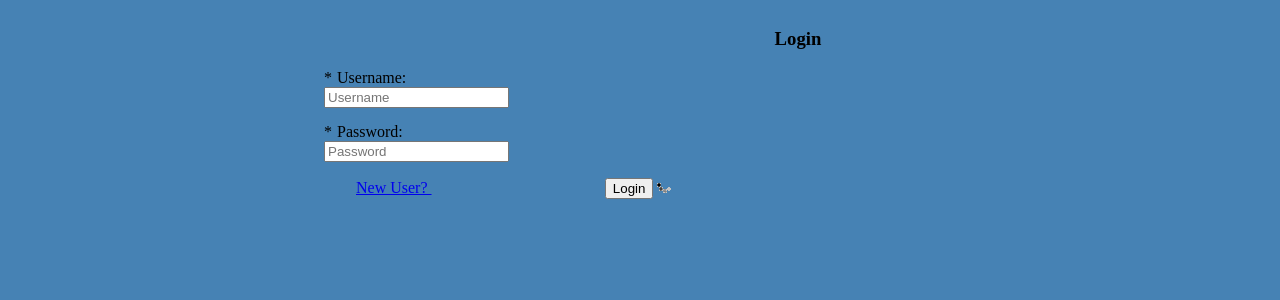
Repository: SUPRIGA/SecondProject
Page: CollaborationFrontEnd/src/main/webapp/user/login.html
These files come from the project's save history. The page is drawn as it stood at one moment and after the next save; the edit follows.
The browser window is 1280 px wide. The pictures show the whole page.

Above is the page before, as saved 2017-01-12 05:18:47.

### CollaborationFrontEnd/src/main/webapp/user/login.html

     <!-- <form ng-submit="vm.login()" method="post" style="margin-left: 25%;" name="myForm">
     <h2 style="margin-bottom: 0em;">Login Here</h2>
     <section class="content bgcolor-1" style="margin-top: -3em;">
					<span class="input input--nao" style="margin-top: 0em;">
					<input class="input__field input__field--nao" type="text" id="userName" name="userName" ng-model="vm.userName" />
					<label class="input__label input__label--nao" for="userName">
						<span class="input__label-content input__label-content--nao">Username</span>
					</label>
					<svg class="graphic graphic--nao" width="300%" height="100%" viewBox="0 0 1200 60" preserveAspectRatio="none">
						<path d="M0,56.5c0,0,298.666,0,399.333,0C448.336,56.5,513.994,46,597,46c77.327,0,135,10.5,200.999,10.5c95.996,0,402.001,0,402.001,0"/>
					</svg>
				</span><br>

     			<span class="input input--nao" style="margin-top: 0em;">
					<input class="input__field input__field--nao" type="password" id="passWord" name="passWord" ng-model="vm.passWord" />
					<label class="input__label input__label--nao" for="passWord">
						<span class="input__label-content input__label-content--nao">Password</span>
					</label>
					<svg class="graphic graphic--nao" width="300%" height="100%" viewBox="0 0 1200 60" preserveAspectRatio="none">
						<path d="M0,56.5c0,0,298.666,0,399.333,0C448.336,56.5,513.994,46,597,46c77.327,0,135,10.5,200.999,10.5c95.996,0,402.001,0,402.001,0"/>
					</svg>
				</span><br>
				{{message}}
				<div class="row">
				<span class="input input--nao" style="margin-top: -1em; margin-left: 2em;">
				<a href="#register"> New User? </a>
				<input type="submit" name="submit" value="Login" class="btn btn-success" style="margin-left: 13em;" ng-disabled="myForm.$invalid">
				  <img ng-if="vm.dataLoading" src="data:[embedded picture, 922 characters]" />
				</span>

				</div>
     		</section>
     </form> -->

  <style type="text/css">
.form-group {
    margin-bottom: 15px;
}
.col-xs-12 {
    width: 50%;
}

body {
	padding-top: 20px;
}

body {
    background-color: steelblue;
}

</style>

		<form ng-submit="vm.login()" method="post" style="margin-left: 25%;" name="myForm">

					<div class="panel-heading">
						<center><h3 class="panel-title">Login</h3></center>
					</div>
					<div class="panel-body">
						 <form accept-charset="UTF-8" role="form" action="loginpage" method="post">

						 <div class="row">
                        <div class="form-group col-xs-12">
                    <label for="user_name"><span class="text-danger" style="margin-right:5px;">*</span>Username:</label>
                        <div class="input-group">
                            <input class="form-control"type="text" id="userName" name="userName" ng-model="vm.userName" placeholder="Username" required/>
                            <span class="input-group-btn">
                                <label class="btn btn-primary"><span class="glyphicon glyphicon-user" aria-hidden="true"></label>
                            </span>
                            </span>
                        </div>
                    </div>
                </div>

                <!-- Content Field -->
                <div class="row">
                    <div class="form-group col-xs-12">
                        <label for="password"><span class="text-danger" style="margin-right:5px;">*</span>Password:</label>
                        <div class="input-group">
                            <input class="form-control"  type="password" id="passWord" name="passWord" ng-model="vm.passWord" placeholder="Password" required/>
                            <span class="input-group-btn">
                                <label class="btn btn-primary"><span class="glyphicon glyphicon-lock" aria-hidden="true"></label>
                            </span>

                        </div>
                    </div>
                </div>
                <div class="row">
				<span class="input input--nao" style="margin-top: -1em; margin-left: 2em;">
				<a href="#register"> New User? </a>
				<input type="submit" name="submit" value="Login" class="btn btn-success" style="margin-left: 13em;" ng-disabled="myForm.$invalid">
				  <img ng-if="vm.dataLoading" src="data:[embedded picture, 922 characters]" />
				</span>

				</div>
					</div>

			</form>


     <!-- /container -->
		<script src="js/classie.js"></script>
		<script>
			(function() {
				// trim polyfill : https://developer.mozilla.org/en-US/docs/Web/JavaScript/Reference/Global_Objects/String/Trim
				if (!String.prototype.trim) {
					(function() {
						// Make sure we trim BOM and NBSP
						var rtrim = /^[\s\uFEFF\xA0]+|[\s\uFEFF\xA0]+$/g;
						String.prototype.trim = function() {
							return this.replace(rtrim, '');
						};
					})();
				}

				[].slice.call( document.querySelectorAll( 'input.input__field' ) ).forEach( function( inputEl ) {
					// in case the input is already filled..
					if( inputEl.value.trim() !== '' ) {
						classie.add( inputEl.parentNode, 'input--filled' );
					}

					// events:
					inputEl.addEventListener( 'focus', onInputFocus );
					inputEl.addEventListener( 'blur', onInputBlur );
				} );

				function onInputFocus( ev ) {
					classie.add( ev.target.parentNode, 'input--filled' );
				}

				function onInputBlur( ev ) {
					if( ev.target.value.trim() === '' ) {
						classie.remove( ev.target.parentNode, 'input--filled' );
					}
				}
			})();
		</script>

### CollaborationFrontEnd/src/main/webapp/js/classie.js
/*!
 * classie - class helper functions
 * from bonzo https://github.com/ded/bonzo
 *
 * classie.has( elem, 'my-class' ) -> true/false
 * classie.add( elem, 'my-new-class' )
 * classie.remove( elem, 'my-unwanted-class' )
 * classie.toggle( elem, 'my-class' )
 */

/*jshint browser: true, strict: true, undef: true */
/*global define: false */

( function( window ) {

'use strict';

// class helper functions from bonzo https://github.com/ded/bonzo

function classReg( className ) {
  return new RegExp("(^|\\s+)" + className + "(\\s+|$)");
}

// classList support for class management
// altho to be fair, the api sucks because it won't accept multiple classes at once
var hasClass, addClass, removeClass;

if ( 'classList' in document.documentElement ) {
  hasClass = function( elem, c ) {
    return elem.classList.contains( c );
  };
  addClass = function( elem, c ) {
    elem.classList.add( c );
  };
  removeClass = function( elem, c ) {
    elem.classList.remove( c );
  };
}
else {
  hasClass = function( elem, c ) {
    return classReg( c ).test( elem.className );
  };
  addClass = function( elem, c ) {
    if ( !hasClass( elem, c ) ) {
      elem.className = elem.className + ' ' + c;
    }
  };
  removeClass = function( elem, c ) {
    elem.className = elem.className.replace( classReg( c ), ' ' );
  };
}

function toggleClass( elem, c ) {
  var fn = hasClass( elem, c ) ? removeClass : addClass;
  fn( elem, c );
}

var classie = {
  // full names
  hasClass: hasClass,
  addClass: addClass,
  removeClass: removeClass,
  toggleClass: toggleClass,
  // short names
  has: hasClass,
  add: addClass,
  remove: removeClass,
  toggle: toggleClass
};

// transport
if ( typeof define === 'function' && define.amd ) {
  // AMD
  define( classie );
} else {
  // browser global
  window.classie = classie;
}

})( window );

After the next save:
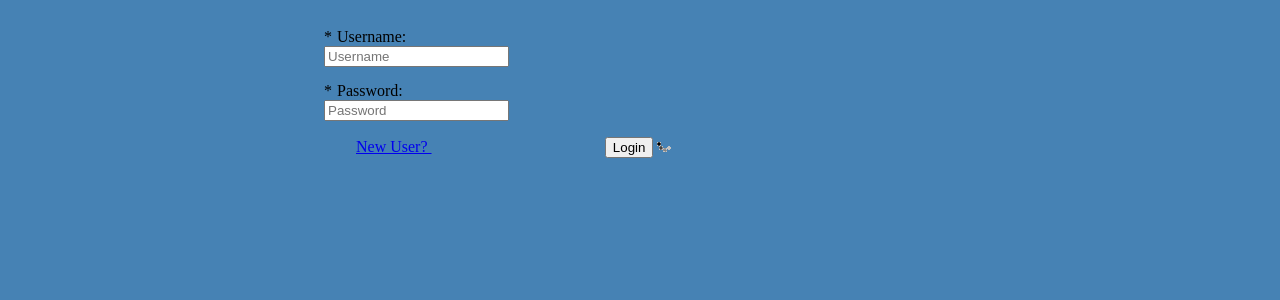
Saved 12 s later.
--- a/CollaborationFrontEnd/src/main/webapp/user/login.html
+++ b/CollaborationFrontEnd/src/main/webapp/user/login.html
@@ -54,7 +54,7 @@ body {
 		<form ng-submit="vm.login()" method="post" style="margin-left: 25%;" name="myForm">
 
 					<div class="panel-heading">
-						<center><h3 class="panel-title">Login</h3></center>
+
 					</div>
 					<div class="panel-body">
 						 <form accept-charset="UTF-8" role="form" action="loginpage" method="post">
